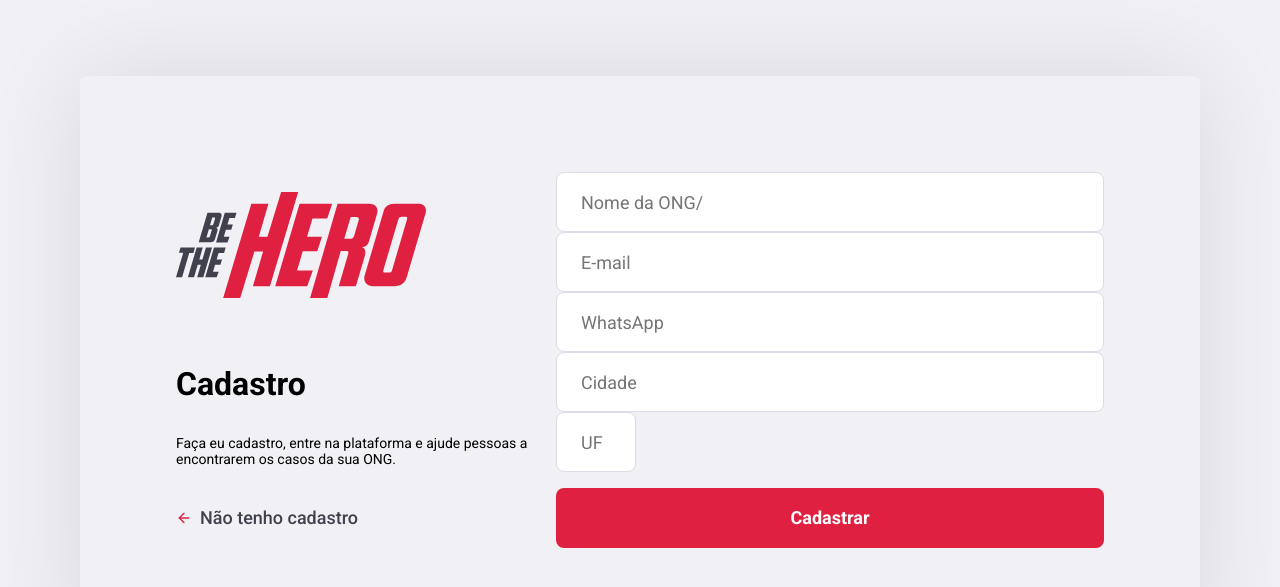
Repository: lucas-silva-dev/be-the-hero
Page: /register (app in frontend/)
The author's editor kept a copy of each file at every save. The page is drawn from the files as they stood at one save, then again after the next save.
The browser window is 1280 px wide. The pictures show the whole page.
The project was rebuilt for these pictures with package versions that can differ from the ones it lists, and the page was loaded fresh each time. Also part of the build but not shown: frontend/src/pages/Logon/styles.css, frontend/src/pages/Logon/index.js.

Above is the page before, as saved 2020-03-25 23:00:51.

### frontend/public/index.html
<!DOCTYPE html>
<html lang="en">

<head>
  <meta charset="utf-8" />
  <!-- <link rel="icon" href="%PUBLIC_URL%/favicon.ico" /> -->
  <meta name="viewport" content="width=device-width, initial-scale=1" />
  <meta name="theme-color" content="#000000" />

  <title>Be The Hero</title>
</head>

<body>
  <noscript>You need to enable JavaScript to run this app.</noscript>
  <div id="root"></div>

</body>

</html>

### frontend/src/global.css
@import url("https://fonts.googleapis.com/css?family=Roboto:400,500,700&display=swap");

* {
  margin: 0;
  padding: 0;
  outline: 0;
  box-sizing: border-box;
}

body {
  font: 400 14px Roboto, sans-serif;
  background: #f0f0f5;
  -webkit-font-smothing: antialiased;
}

input,
button,
textarea {
  font: 400 18px Roboto, sans-serif;
}

button {
  cursor: pointer;
}

form input {
  width: 100%;
  height: 60px;
  color: #333;
  border: 1px solid #dcdce6;
  border-radius: 8px;
  padding: 0 24px;
}

.button {
  width: 100%;
  height: 60px;
  background: #e02041;
  border: 0;
  border-radius: 8px;
  color: #fff;
  font-weight: 700;
  margin-top: 16px;
  display: inline-block;
  text-align: center;
  text-decoration: none;
  font-size: 18px;
  line-height: 60px;
  transition: filter 0.2s;
}

.button:hover {
  filter: brightness(80%);
}

.back-link {
  display: flex;
  align-items: center;
  margin-top: 40px;
  color: #41414d;
  font-size: 18px;
  text-decoration: none;
  font-weight: 500;
  transition: opacity 0.2s;
}

.back-link svg {
  margin-right: 8px;
}

.back-link:hover {
  opacity: 0.8;
}

### frontend/src/routes.js
import React from 'react';
import { BrowserRouter, Route, Switch } from 'react-router-dom';

import Logon from './pages/Logon';
import Register from './pages/Register';

export default function Routes() {
  return (
    <BrowserRouter>
      <Switch>
        <Route path="/" exact component={Logon} />
        <Route path="/register" component={Register} />
      </Switch>
    </BrowserRouter>
  );
}

### frontend/src/pages/Register/index.js
import React from 'react';
import { Link } from 'react-router-dom';
import { FiArrowLeft } from 'react-icons/fi';

import './styles.css';

import logoImg from '../../assets/logo.svg'

export default function Register() {
  return (
    <div className="register-container">
      <div className="content">
        <section>
          <img src={logoImg} alt="Be The Hero Logo" />

          <h1>Cadastro</h1>
          <p>Faça eu cadastro, entre na plataforma e ajude pessoas a encontrarem os casos da sua ONG.</p>

          <Link className="back-link" to="/register">
            <FiArrowLeft size={16} color="#E02041" />
            Não tenho cadastro
          </Link>

        </section>

        <form >
          <input placeholder="Nome da ONG/" />
          <input type="email" placeholder="E-mail" />
          <input placeholder="WhatsApp" />

          <div className="input-group">
            <input placeholder="Cidade" />
            <input placeholder="UF" style={{ width: 80 }} />
          </div>

          <button className="button" >
            Cadastrar
          </button>
        </form>
      </div>
    </div>
  );
}

### frontend/src/pages/Register/styles.css
.register-container {
  width: 100%;
  max-width: 1120px;
  height: 100vh;
  margin: 0 auto;

  display: flex;
  align-items: center;
  justify-content: center;
}

.register-container .content {
  width: 100%;
  padding: 96px;
  background: #f0f0f5;
  box-shadow: 0 0 100px rgba(0, 0, 0, 0.1);
  border-radius: 8px;

  display: flex;
  justify-content: space-between;
  align-items: center;
}

.register-container .content section {
  width: 100%;
  max-width: 380px;
}

.register-container .content section h1 {
  margin: 64px 0 32px;
  font-size: 32px;
}

Loaded but not shown: frontend/src/index.js (common file); frontend/src/App.js (common file)

After the next save:
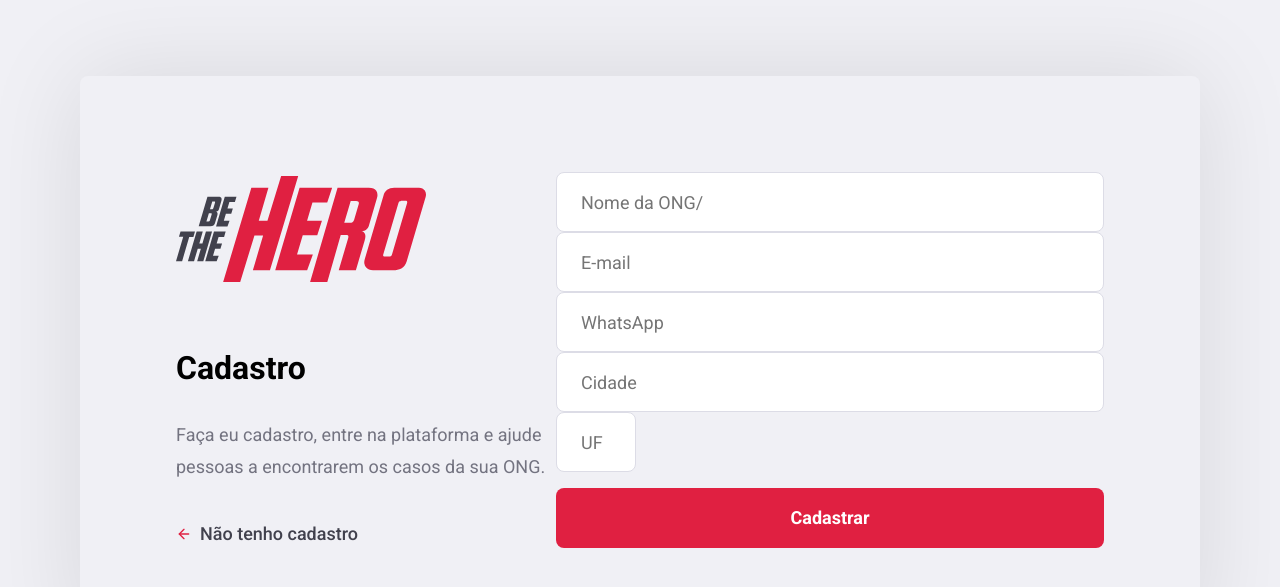
Saved 39 s later.
--- a/frontend/src/pages/Register/styles.css
+++ b/frontend/src/pages/Register/styles.css
@@ -30,3 +30,9 @@
   margin: 64px 0 32px;
   font-size: 32px;
 }
+
+.register-container .content section p {
+  font-size: 18px;
+  color: #737380;
+  line-height: 32px;
+}
